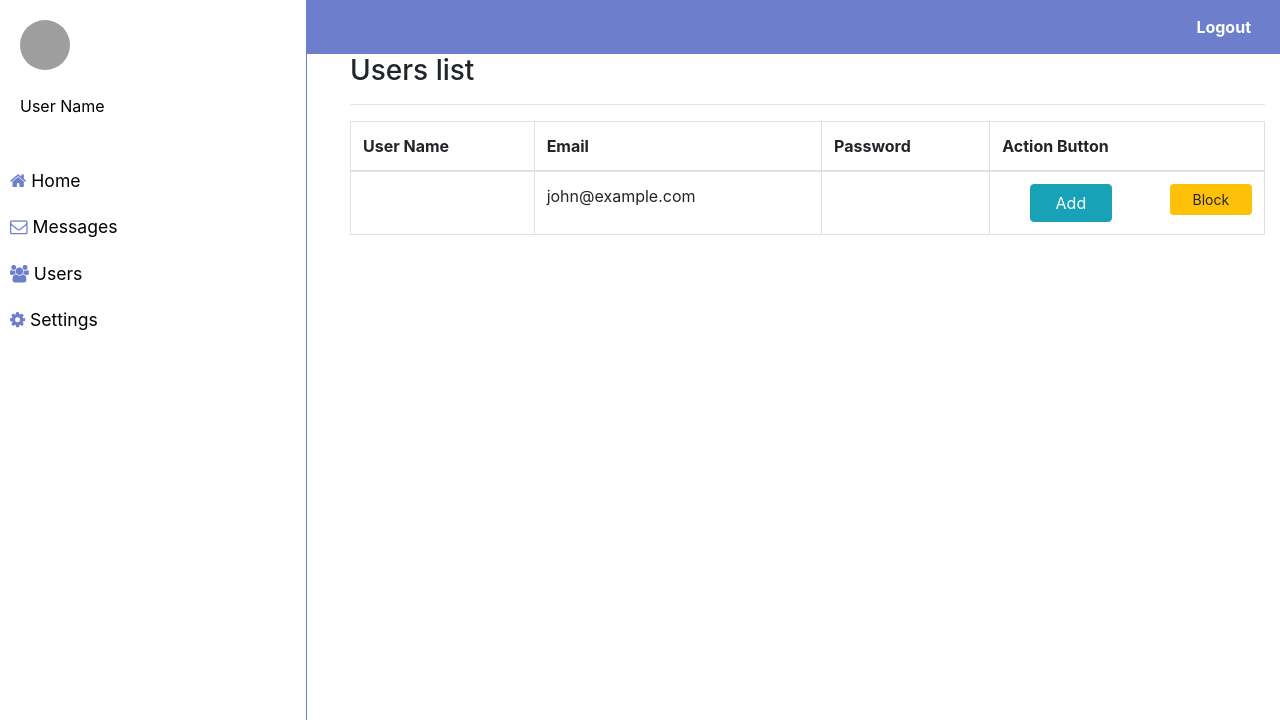
Repository: Evelyn-kate/chatapp-frontend-backend
Page: /users (app in my-app/)
The author's editor kept a copy of each file at every save. The page is drawn from the files as they stood at one save, then again after the next save.
The browser window is 1280 px wide. The pictures show the whole page.
Pictures or frames that could not be fetched are drawn as grey boxes. Some web libraries are served in a nearby version. The project was rebuilt for these pictures with package versions that can differ from the ones it lists, and the page was loaded fresh each time. Also part of the build but not shown: my-app/src/components/WelcomeComponent.jsx, my-app/src/components/LoginComponent.jsx, my-app/src/components/WelcomedComponent.jsx, my-app/src/components/SettingsComponent.jsx, my-app/src/components/MessageComponent.jsx, my-app/src/components/AddComponent.jsx.

Above is the page before, as saved 2020-11-13 15:40:56.

After the next save:
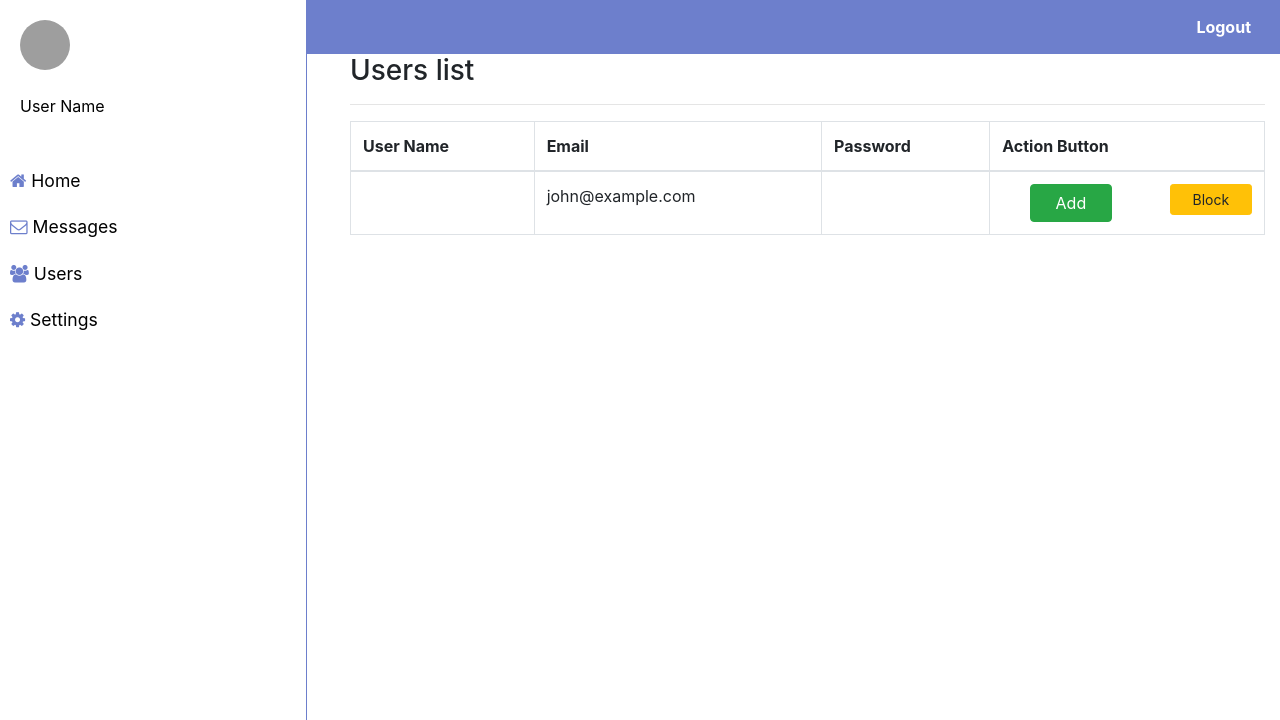
Saved 3 min 16 s later.
--- a/my-app/src/components/UserComponent.jsx
+++ b/my-app/src/components/UserComponent.jsx
@@ -61,7 +61,7 @@ class UserComponent extends React.Component {
                                                     <td>
                                                         <div className="row" onSubmit={this.onSubmit}>
                                                             <div className="col-6" >
-                                                                <button className="btn btn-success btn-info" onClick="/users/add">Add</button>
+                                                                <button className="btn btn-success" onClick="/users/add">Add</button>
                                                             </div>
                                                             <div className="col-6">
                                                                 <button className="btn btn-sm btn-warning">Block</button>
